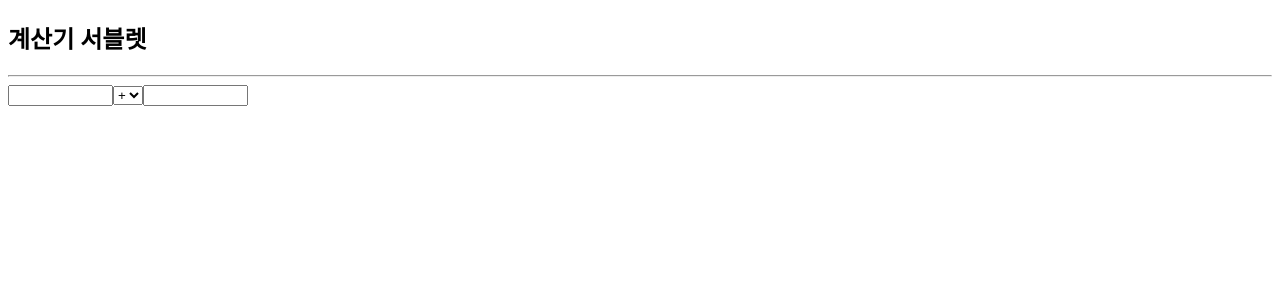
Repository: Hwater00/JSP-practice
Page: javaWorkspace/calculator/src/main/webapp/calForm.html
The author's editor kept a copy of each file at every save. The page is drawn from the files as they stood at one save, then again after the next save.
The browser window is 1280 px wide. The pictures show the whole page.

Above is the page before, as saved 2023-07-27 05:27:37.

After the next save:
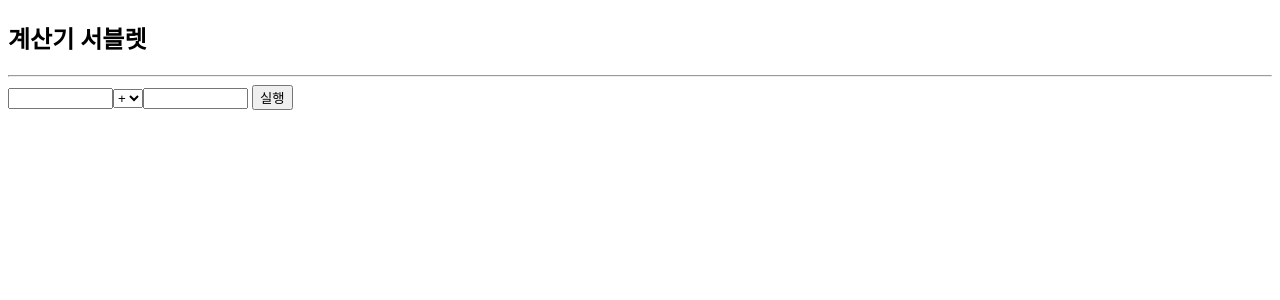
Saved 41 s later.
--- a/javaWorkspace/calculator/src/main/webapp/calForm.html
+++ b/javaWorkspace/calculator/src/main/webapp/calForm.html
@@ -14,6 +14,7 @@
 		<option>*</option>
 		<option>/</option>
 	</select><input type="text" name="n2" size="10">
+	<input type="submit" value="실행">
 </form>
 </body>
 </html>
